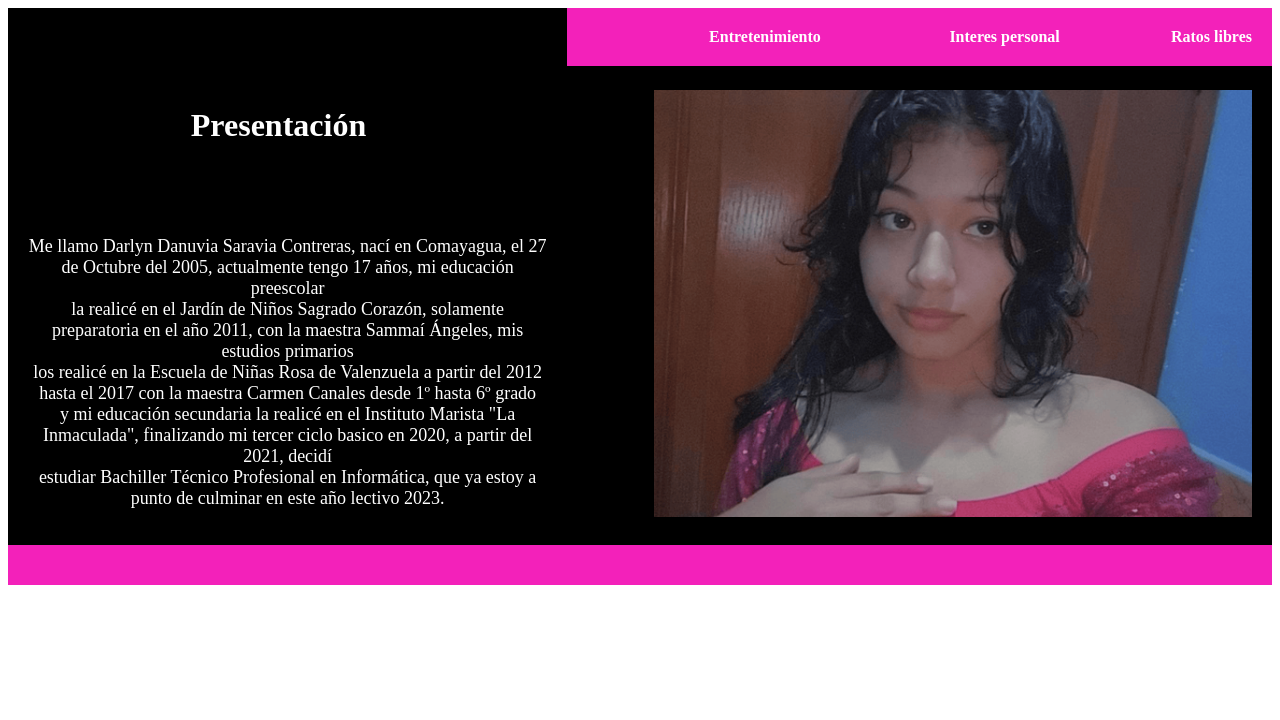
Repository: darlyn-saravia27/portafolio-darlynsaravia
Page: archivoshtml/index.html
These files come from the project's save history. The page is drawn as it stood at one moment and after the next save; the edit follows.
The browser window is 1280 px wide. The pictures show the whole page.

Above is the page before, as saved 2023-03-04 22:45:36.

After the next save:
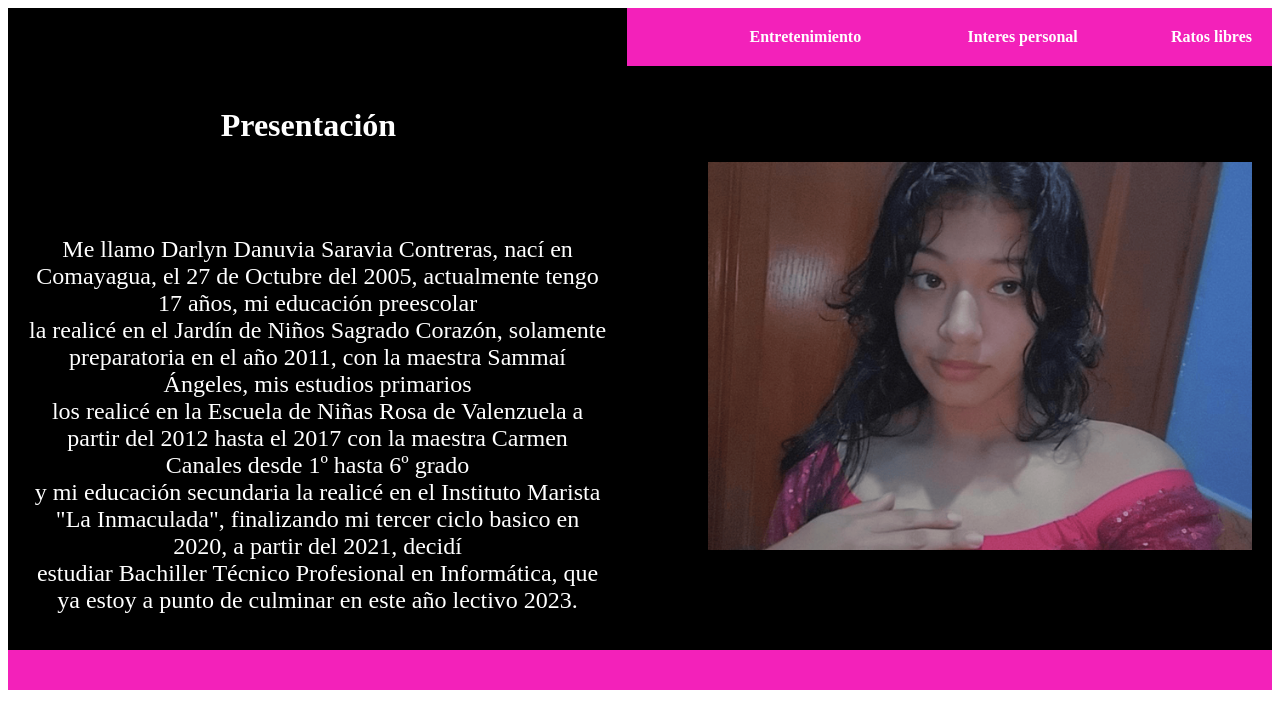
Saved 17 s later.
--- a/archivoshtml/index.html
+++ b/archivoshtml/index.html
@@ -20,7 +20,7 @@
             <br>
             <br>
             <br>
-            <p><font color="white" size="4"> Me llamo Darlyn Danuvia Saravia Contreras, nací en Comayagua,
+            <p><font color="white" size="5"> Me llamo Darlyn Danuvia Saravia Contreras, nací en Comayagua,
                 el 27 de Octubre del 2005, actualmente tengo 17 años, mi educación preescolar <br>la realicé
                 en el Jardín de Niños Sagrado Corazón, solamente preparatoria en el año 2011,
                 con la maestra Sammaí Ángeles, mis estudios primarios <br>los realicé en la

After the save that followed:
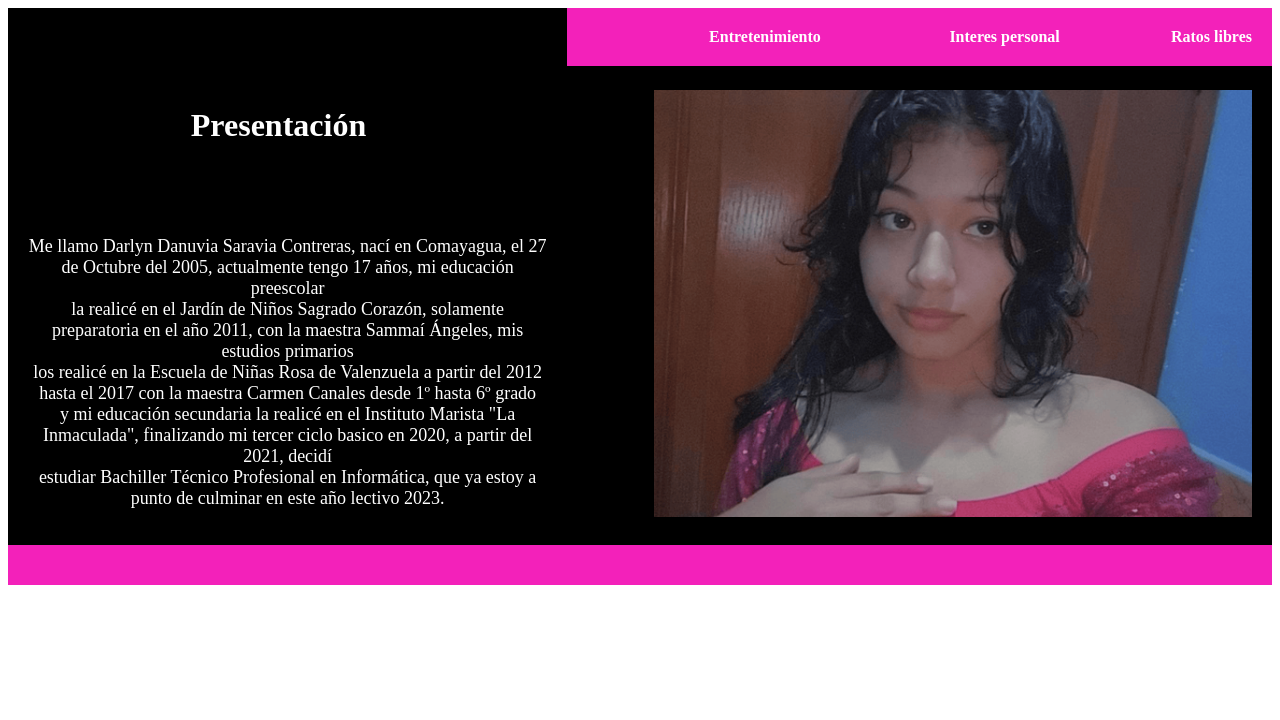
Saved 26 s later.
--- a/archivoshtml/index.html
+++ b/archivoshtml/index.html
@@ -20,7 +20,7 @@
             <br>
             <br>
             <br>
-            <p><font color="white" size="5"> Me llamo Darlyn Danuvia Saravia Contreras, nací en Comayagua,
+            <p><font color="white" size="4"> Me llamo Darlyn Danuvia Saravia Contreras, nací en Comayagua,
                 el 27 de Octubre del 2005, actualmente tengo 17 años, mi educación preescolar <br>la realicé
                 en el Jardín de Niños Sagrado Corazón, solamente preparatoria en el año 2011,
                 con la maestra Sammaí Ángeles, mis estudios primarios <br>los realicé en la
